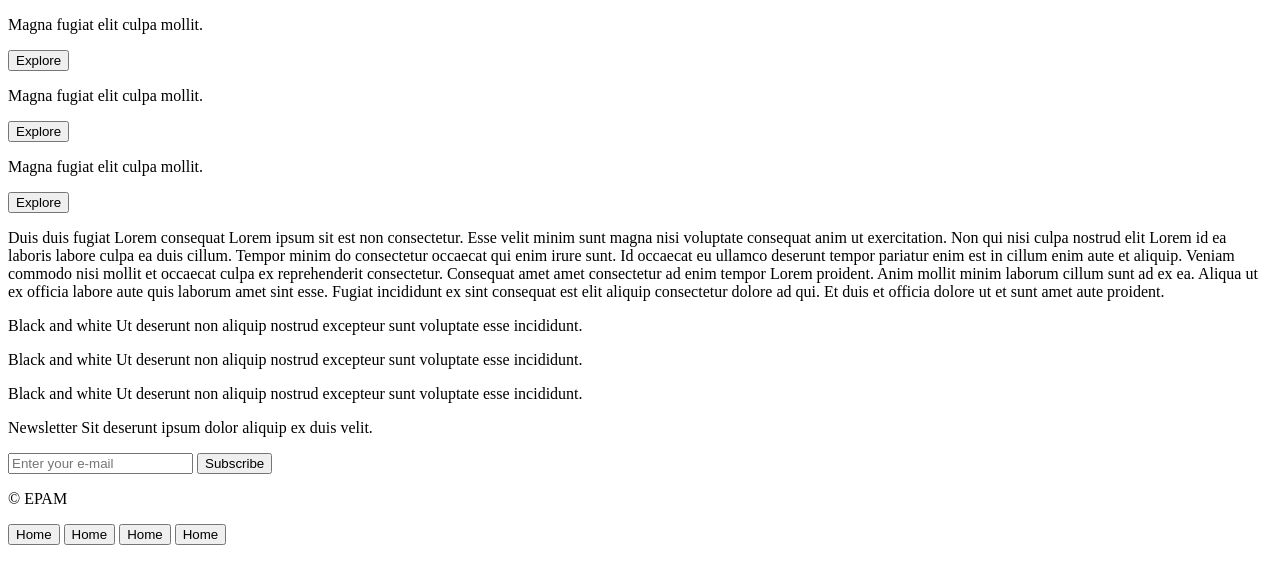
Repository: M1shkaBear/FLX
Page: FLX_homework_4/homework/index.html
An editor plug-in stored every save of this project. The page is shown before and after the next save, followed by the edit.
The browser window is 1280 px wide. The pictures show the whole page.

Above is the page before, as saved 2019-01-29 03:41:47.

### FLX_homework_4/homework/index.html
<!DOCTYPE html>
<html lang="en">
  <head>
    <meta charset="UTF-8" />
    <meta name="viewport" content="width=device-width, initial-scale=1.0" />
    <meta http-equiv="X-UA-Compatible" content="ie=edge" />
    <title>Document</title>
  </head>
  <body>
    <header class="header"></header>

    <main class="main">
      <article>
        <section class="image"></section>
        <section class="column-paragraphs"></section>
      </article>
      <section class="parag-container">
        <section>
          <p>Magna fugiat elit culpa mollit.</p>
          <button class="exploreButton">Explore</button>
        </section>
        <section>
          <p>Magna fugiat elit culpa mollit.</p>
          <button class="exploreButton">Explore</button>
        </section>
        <section>
          <p>Magna fugiat elit culpa mollit.</p>
          <button class="exploreButton">Explore</button>
        </section>
      </section>
      <section class="subscParagraph">
        <section class="parform">
          <p>
            Duis duis fugiat Lorem consequat Lorem ipsum sit est non
            consectetur. Esse velit minim sunt magna nisi voluptate consequat
            anim ut exercitation. Non qui nisi culpa nostrud elit Lorem id ea
            laboris labore culpa ea duis cillum. Tempor minim do consectetur
            occaecat qui enim irure sunt. Id occaecat eu ullamco deserunt tempor
            pariatur enim est in cillum enim aute et aliquip. Veniam commodo
            nisi mollit et occaecat culpa ex reprehenderit consectetur.
            Consequat amet amet consectetur ad enim tempor Lorem proident. Anim
            mollit minim laborum cillum sunt ad ex ea. Aliqua ut ex officia
            labore aute quis laborum amet sint esse. Fugiat incididunt ex sint
            consequat est elit aliquip consectetur dolore ad qui. Et duis et
            officia dolore ut et sunt amet aute proident.
          </p>
        </section>
      </section>
    </main>

    <footer class="footer">
      <section class="about">
        <section class="paragraphs">
          <p>
            Black and white Ut deserunt non aliquip nostrud excepteur sunt
            voluptate esse incididunt.
          </p>
          <p>
            Black and white Ut deserunt non aliquip nostrud excepteur sunt
            voluptate esse incididunt.
          </p>
          <p>
            Black and white Ut deserunt non aliquip nostrud excepteur sunt
            voluptate esse incididunt.
          </p>
        </section>
        <section class="news">
          <p>Newsletter Sit deserunt ipsum dolor aliquip ex duis velit.</p>
          <form class="subscribe">
            <input
              class="emailvpiska"
              type="email"
              placeholder="Enter your e-mail"
            />
            <button class="button">Subscribe</button>
          </form>
        </section>
      </section>

      <section class="footer-menu">
        <p>&copy; EPAM</p>

        <section class="footer-navigation">
          <button class="btn">Home</button> <button class="btn">Home</button>
          <button class="btn">Home</button> <button class="btn">Home</button>
        </section>
      </section>
    </footer>
  </body>
</html>

After the next save:
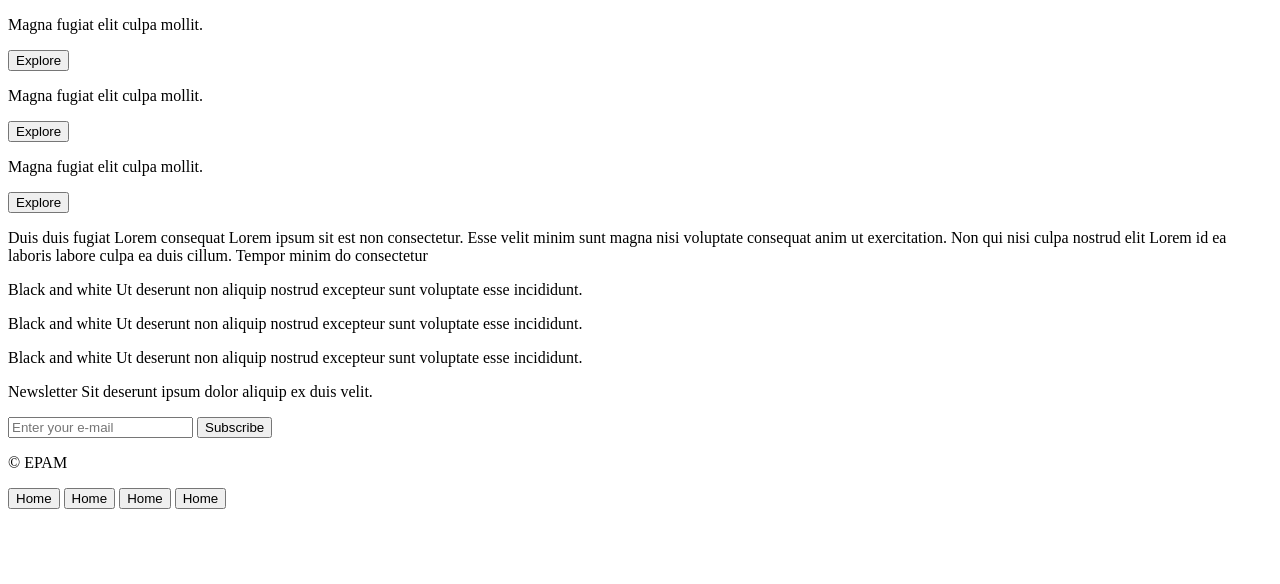
Saved 17 s later.
--- a/FLX_homework_4/homework/index.html
+++ b/FLX_homework_4/homework/index.html
@@ -35,14 +35,6 @@
             consectetur. Esse velit minim sunt magna nisi voluptate consequat
             anim ut exercitation. Non qui nisi culpa nostrud elit Lorem id ea
             laboris labore culpa ea duis cillum. Tempor minim do consectetur
-            occaecat qui enim irure sunt. Id occaecat eu ullamco deserunt tempor
-            pariatur enim est in cillum enim aute et aliquip. Veniam commodo
-            nisi mollit et occaecat culpa ex reprehenderit consectetur.
-            Consequat amet amet consectetur ad enim tempor Lorem proident. Anim
-            mollit minim laborum cillum sunt ad ex ea. Aliqua ut ex officia
-            labore aute quis laborum amet sint esse. Fugiat incididunt ex sint
-            consequat est elit aliquip consectetur dolore ad qui. Et duis et
-            officia dolore ut et sunt amet aute proident.
           </p>
         </section>
       </section>
